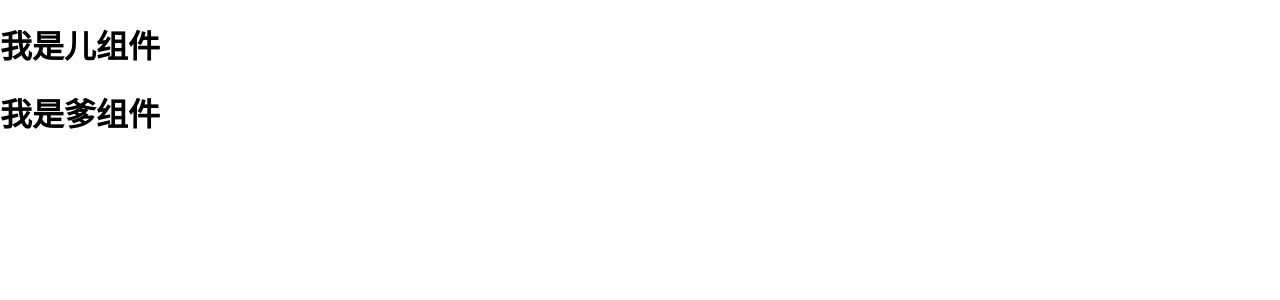
Repository: ZhangCoder0812/zf-react-project
Page: /
These files come from the project's save history. The page is drawn as it stood at one moment and after the next save; the edit follows.
The browser window is 1280 px wide. The pictures show the whole page.
The project was rebuilt for these pictures with package versions that can differ from the ones it lists, and the page was loaded fresh each time.

Above is the page before, as saved 2021-05-17 10:56:10.

### src/index.js
import React from "react";
import ReactDOM from "react-dom";
import "./index.css";
import App from "./App";

ReactDOM.render(
    <App className="我是父组件传的值" />, // 严格模式可能会导致多次渲染
    // <React.StrictMode>
    //   <App />
    // </React.StrictMode>,
    document.getElementById("root")
);

### src/App.js
import React from "react";
import Child from "./child";

class App extends React.Component {
    state = {
        name: "wade",
    };
    render() {
        let { name } = this.state;
        return (
            <div>
                <Child data={name} />
                <h1>我是爹组件</h1>
            </div>
        );
    }
}

export default App;

### src/child.js
import React from "react";

function child(props) {
    // props 父组件传的数据
    let { data } = props
    return (
        <div>
            <h1>我是儿组件</h1>
        </div>
    );
}

export default child;

Loaded but not shown: public/index.html (common file); src/index.css (common file)

After the next save:
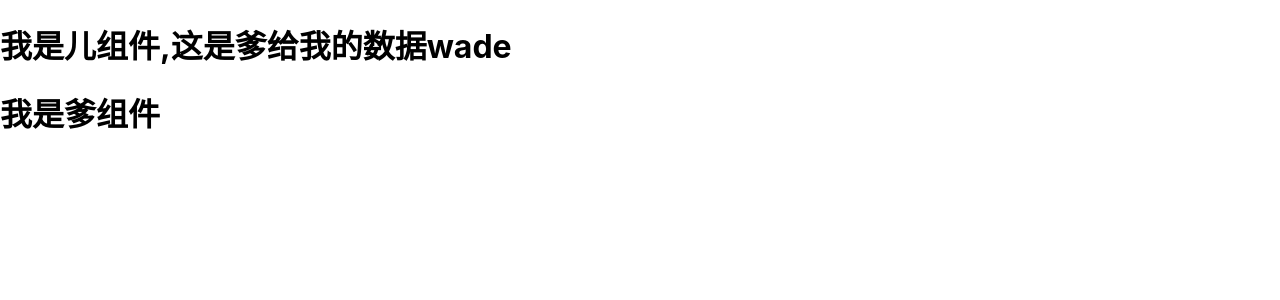
Saved 11 s later.
--- a/src/child.js
+++ b/src/child.js
@@ -2,10 +2,10 @@ import React from "react";
 
 function child(props) {
     // props 父组件传的数据
-    let { data } = props
+    let { data } = props;
     return (
         <div>
-            <h1>我是儿组件</h1>
+            <h1>我是儿组件,这是爹给我的数据{data}</h1>
         </div>
     );
 }
